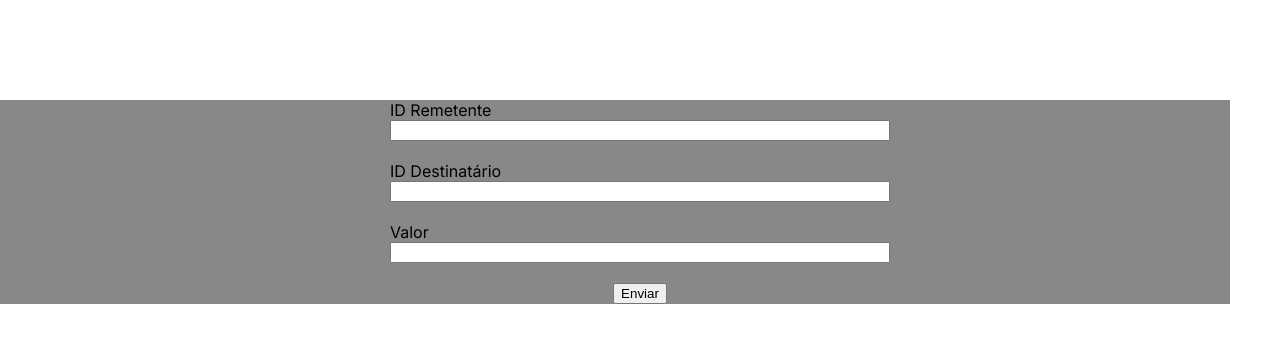
Repository: mateusilva8/tarefa-pix
Page: frontend/pix.html
An editor plug-in stored every save of this project. The page is shown before and after the next save, followed by the edit.
The browser window is 1280 px wide. The pictures show the whole page.

Above is the page before, as saved 2023-10-22 14:03:38.

### frontend/pix.html
<!DOCTYPE html>
<html lang="pt-BR">
<head>
  <meta charset="UTF-8">
  <meta name="viewport" content="width=device-width, initial-scale=1.0">
  <title>PIX</title>
  <link rel="preconnect" href="https://fonts.googleapis.com">
  <link rel="preconnect" href="https://fonts.gstatic.com" crossorigin>
  <link href="https://fonts.googleapis.com/css2?family=Inter:wght@400;700&display=swap" rel="stylesheet">
  <link rel="stylesheet" href="./css/pix.css">
</head>
<body>
    <div class="container">
        <div class="formulario">
            <form id="form">
                <div class="mb-3">
                  <label for="idRemetente" class="form-label">ID Remetente</label>
                  <input type="number" class="form-control" id="idRemetente">
                </div>
                <div class="mb-3">
                  <label for="idDestinatario" class="form-label">ID Destinatário</label>
                  <input type="number" class="form-control" id="idDestinatario">
                </div>
                <div class="mb-3">
                  <label for="valor" class="form-label">Valor</label>
                  <input type="number" class="form-control" id="valor">
                </div>
                <button type="button" class="btn btn-success" id="botaoEnviar">Enviar</button>
              </form>
        </div>
    </div>



  <script src="https://code.jquery.com/jquery-3.3.1.slim.min.js" integrity="sha384-q8i/X+965DzO0rT7abK41JStQIAqVgRVzpbzo5smXKp4YfRvH+8abtTE1Pi6jizo" crossorigin="anonymous"></script>
  <script src="https://cdnjs.cloudflare.com/ajax/libs/popper.js/1.14.3/umd/popper.min.js" integrity="sha384-ZMP7rVo3mIykV+2+9J3UJ46jBk0WLaUAdn689aCwoqbBJiSnjAK/l8WvCWPIPm49" crossorigin="anonymous"></script>
  <script src="./js/pix.js"></script>
</body>
</html>

### frontend/css/pix.css
body {
    margin: 0;
    padding: 0;
    font-family: 'Inter', sans-serif;
}

.container {
    background-color: rgb(136, 136, 136);
    padding-left: 50px;
    margin-right: 50px;
}

.formulario {
    margin-top: 100px;
    width: 100%;
    display: flex;
    flex-direction: column;
    align-items: center;
}

.formulario form {
    width: 500px;
    display: flex;
    flex-direction: column;
    align-items: center;
}

.mb-3 {
    display: flex;
    flex-direction: column;
    width: 100%;
    margin-bottom: 20px;
}

### frontend/js/pix.js
let idRemetente = document.getElementById('idRemetente');
let idDestinatario = document.getElementById('idDestinatario');
let valor = document.getElementById('valor')


async function realizarPix () {
    let payload = {
        senderId: idRemetente.value,
        recipientId: idDestinatario.value,
        value: valor.value,
      };

      let resposta = await fetch(`http://localhost:3000/pix-api/pix`, {
        method: 'POST',
        headers: {
            "Content-type" : 'application/json',
            "Acccept": 'appplication/json'
        },
        body: JSON.stringify(payload)
      });

      let mensagem = await resposta.json()

      if (mensagem.mensagem) {
          console.log(mensagem);
          alert(mensagem.mensagem);
      }else {
        console.log(mensagem);
        if (mensagem.error == 'The attribute "value" is required.')
        alert('Digite um valor válido');
        if (mensagem.error == 'The attribute "senderId" is required.')
        alert('Informe o ID do remetente');
        if (mensagem.error == 'The attribute "recipientId" is required.')
        alert('Informe o ID do destinatário');
      }

}

let botaoPix = document.getElementById('botaoEnviar');
  botaoPix.addEventListener('click', () => {
    realizarPix();
  })

After the next save:
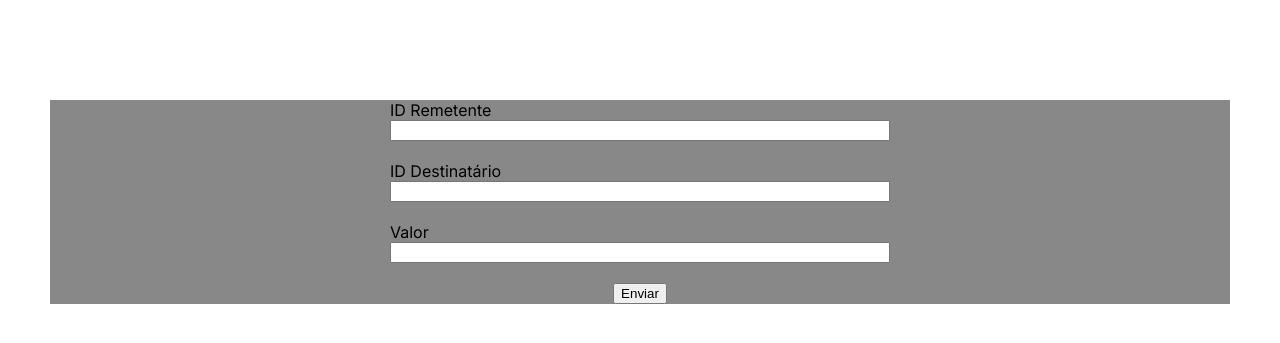
Saved 10 s later.
--- a/frontend/css/pix.css
+++ b/frontend/css/pix.css
@@ -6,7 +6,7 @@ body {
 
 .container {
     background-color: rgb(136, 136, 136);
-    padding-left: 50px;
+    margin-left: 50px;
     margin-right: 50px;
 }
 
